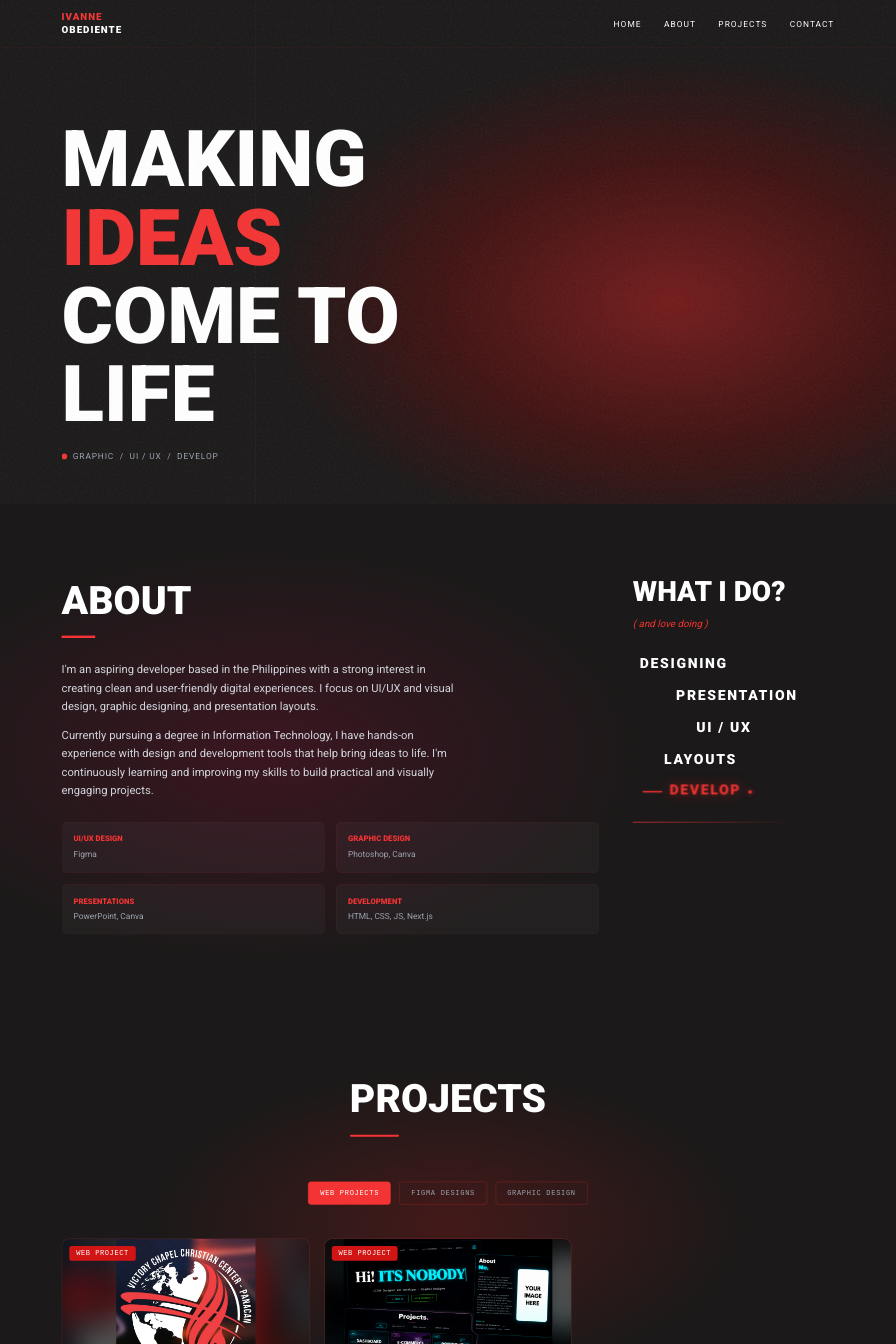
Repository: banbanny/my-portfolio
Page: /
The author's editor kept a copy of each file at every save. The page is drawn from the files as they stood at one save, then again after the next save.
The browser window is 1280 px wide. The pictures show the part of the page from y = 0 to 1920 px (the page is 4275 px tall), at 70% of full size.
The project was rebuilt for these pictures with package versions that can differ from the ones it lists, and the page was loaded fresh each time. The framework's server and built-in components were replaced by stand-ins that run in the browser. Also part of the build but not shown: next.config.js.

Above is the page before, as saved 2026-05-07 13:37:26.

### src/app/layout.tsx
import type { Metadata } from "next";
import "./globals.css";

export const metadata: Metadata = {
  title: "Ivanne Obediente | Portfolio",
  description:
    "Aspiring developer based in the Philippines — design, UI/UX, and visual storytelling.",
};

export default function RootLayout({
  children,
}: {
  children: React.ReactNode;
}) {
  return (
    <html lang="en">
      <body>{children}</body>
    </html>
  );
}

### src/app/page.tsx
import Navbar from "@/components/Navbar";
import Hero from "@/components/Hero";
import About from "@/components/About";
import Projects from "@/components/Projects";
import Certifications from "@/components/Certifications";
import TechStack from "@/components/TechStack";
import Footer from "@/components/Footer";

export default function Home() {
  return (
    <main style={{ background: "#1B1919" }}>
      <Navbar />
      <Hero />
      <About />
      <Projects />
      <Certifications />
      <TechStack />
      <Footer />
    </main>
  );
}

### src/app/globals.css
@import url("https://fonts.googleapis.com/css2?family=Roboto:wght@400;900&display=swap");
@tailwind base;
@tailwind components;
@tailwind utilities;

:root {
  --bg: #1b1919;
  --white: #ffffff;
  --red-primary: #f43434;
  --red-dark: #d22828;
  --red-bright: #ff3c00;
  --red-accent: #ff0033;
}

* {
  margin: 0;
  padding: 0;
  box-sizing: border-box;
}

html {
  scroll-behavior: smooth;
}

body {
  background-color: var(--bg);
  color: var(--white);
  font-family: "Roboto", sans-serif;
  font-weight: 400;
  overflow-x: hidden;
}

/* ─── Noise texture overlay ─── */
body::before {
  content: "";
  position: fixed;
  inset: 0;
  background-image: url("data:[embedded picture, 306 characters]");
  pointer-events: none;
  z-index: 9999;
  opacity: 10;
}

/* ─── Red glow blob (hero background) ─── */
.hero-glow {
  background: radial-gradient(
    ellipse 60% 55% at 80% 50%,
    rgba(210, 40, 40, 0.55) 0%,
    rgba(255, 60, 0, 0.25) 45%,
    transparent 75%
  );
}

/* ─── Section red glow (bottom sections) ─── */
.section-glow {
  background: radial-gradient(
    ellipse 70% 50% at 50% 100%,
    rgba(210, 40, 40, 0.3) 0%,
    transparent 70%
  );
}

/* ─── Typography utilities ─── */
.font-black-roboto {
  font-family: "Roboto", sans-serif;
  font-weight: 900;
}

.text-red {
  color: var(--red-primary);
}

/* ─── Divider line ─── */
.divider {
  height: 2px;
  background: var(--red-primary);
  width: 100%;
}

/* ─── Vertical label (ABOUT) ─── */
.vertical-label {
  writing-mode: vertical-rl;
  text-orientation: mixed;
  transform: rotate(180deg);
  letter-spacing: 0.3em;
  font-weight: 900;
  font-size: 1.1rem;
}

/* ─── Card white box ─── */
.card-white {
  background: #ffffff;
  color: #1b1919;
  border-radius: 4px;
}

/* ─── Navbar link hover ─── */
.nav-link {
  position: relative;
  font-size: 0.75rem;
  letter-spacing: 0.12em;
  text-transform: uppercase;
  transition: color 0.2s;
}
.nav-link::after {
  content: "";
  position: absolute;
  left: 0;
  bottom: -2px;
  width: 0;
  height: 1px;
  background: var(--red-primary);
  transition: width 0.25s;
}
.nav-link:hover {
  color: var(--red-primary);
}
.nav-link:hover::after {
  width: 100%;
}

/* ─── Tech stack / cert card hover ─── */
.stack-card {
  border: 1px solid rgba(244, 52, 52, 0.3);
  transition: border-color 0.2s, transform 0.2s;
}
.stack-card:hover {
  border-color: var(--red-primary);
  transform: translateY(-2px);
}

/* ─── Project card hover ─── */
.project-card {
  transition: transform 0.2s, box-shadow 0.2s;
}
.project-card:hover {
  transform: translateY(-4px);
  box-shadow: 0 8px 30px rgba(244, 52, 52, 0.25);
}

/* ─── Scroll fade-in animation ─── */
@keyframes fadeUp {
  from {
    opacity: 0;
    transform: translateY(24px);
  }
  to {
    opacity: 1;
    transform: translateY(0);
  }
}
.animate-fadeUp {
  animation: fadeUp 0.6s ease forwards;
}

### src/components/Navbar.tsx
"use client";

import { useState } from "react";

const links = [
  { label: "Home", href: "#home" },
  { label: "About", href: "#about" },
  { label: "Projects", href: "#projects" },
  { label: "Contact", href: "#contact" },
];

export default function Navbar() {
  const [menuOpen, setMenuOpen] = useState(false);

  return (
    <header
      className="fixed top-0 left-0 w-full z-50"
      style={{
        background:
          "linear-gradient(180deg, rgba(27,25,25,0.98) 0%, rgba(27,25,25,0.85) 100%)",
        backdropFilter: "blur(6px)",
        borderBottom: "1px solid rgba(244,52,52,0.1)",
      }}
    >
      <div className="max-w-6xl mx-auto px-6 py-4 flex items-center justify-between">
        {/* Logo / Name */}
        <div>

          <p
            className="font-black-roboto text-sm tracking-widest uppercase leading-tight"
            style={{ color: "#F43434" }}
          >
            Ivanne
          </p>
          <p className="font-black-roboto text-sm tracking-widest uppercase leading-tight text-white">
            Obediente
          </p>
        </div>

        {/* Desktop Nav */}
        <nav className="hidden md:flex items-center gap-8">
          {links.map((link) => (
            <a key={link.href} href={link.href} className="nav-link text-white">
              {link.label}
            </a>
          ))}
        </nav>

        {/* Mobile Hamburger */}
        <button
          className="md:hidden flex flex-col gap-1.5 p-2"
          onClick={() => setMenuOpen(!menuOpen)}
          aria-label="Toggle menu"
        >
          <span
            className="block w-6 h-0.5 bg-white transition-transform"
            style={menuOpen ? { transform: "rotate(45deg) translate(3px, 3px)" } : {}}
          />
          <span
            className="block w-6 h-0.5 bg-white transition-opacity"
            style={menuOpen ? { opacity: 0 } : {}}
          />
          <span
            className="block w-6 h-0.5 bg-white transition-transform"
            style={menuOpen ? { transform: "rotate(-45deg) translate(3px, -3px)" } : {}}
          />
        </button>
      </div>

      {/* Mobile Menu */}
      {menuOpen && (
        <div
          className="md:hidden px-6 pb-6 flex flex-col gap-5"
          style={{ background: "rgba(27,25,25,0.98)" }}
        >
          {links.map((link) => (
            <a
              key={link.href}
              href={link.href}
              className="nav-link text-white text-sm"
              onClick={() => setMenuOpen(false)}
            >
              {link.label}
            </a>
          ))}
        </div>
      )}
    </header>
  );
}

### src/components/Hero.tsx
"use client";
import Image from "next/image";
import { useEffect, useState } from "react";

export default function Hero() {
  const [mounted, setMounted] = useState(false);
  useEffect(() => { setMounted(true); }, []);

  return (
    <section id="home" className="relative overflow-hidden" style={{ background: "#1B1919", minHeight: "100vh" }}>
      <style>{`
        @keyframes fadeInUp { from { opacity:0; transform:translateY(40px); } to { opacity:1; transform:translateY(0); } }
        @keyframes fadeInRight { from { opacity:0; transform:translateX(60px); } to { opacity:1; transform:translateX(0); } }
        @keyframes fadeIn { from { opacity:0; } to { opacity:1; } }
        @keyframes glowPulse { 0%,100% { opacity:0.85; } 50% { opacity:1; } }
        .hero-glow   { animation: fadeIn 1.2s ease forwards, glowPulse 4s ease-in-out 1.2s infinite; }
        .hero-photo  { animation: fadeInRight 1s cubic-bezier(0.22,1,0.36,1) 0.2s both; }
        .hero-line-1 { animation: fadeInUp 0.7s cubic-bezier(0.22,1,0.36,1) 0.3s both; }
        .hero-line-2 { animation: fadeInUp 0.7s cubic-bezier(0.22,1,0.36,1) 0.45s both; }
        .hero-line-3 { animation: fadeInUp 0.7s cubic-bezier(0.22,1,0.36,1) 0.6s both; }
        .hero-line-4 { animation: fadeInUp 0.7s cubic-bezier(0.22,1,0.36,1) 0.75s both; }
        .hero-tags   { animation: fadeInUp 0.7s cubic-bezier(0.22,1,0.36,1) 0.95s both; }
      `}</style>

      {/* Red radial glow */}
      <div className="absolute inset-0 pointer-events-none hero-glow"
        style={{ background: "radial-gradient(ellipse 65% 70% at 75% 60%, rgba(143,29,29,0.81) 0%, rgba(124,9,9,0.4) 40%, transparent 70%)", opacity: mounted ? undefined : 0 }}
        aria-hidden="true" />

      {/* PHOTO — hidden on mobile, visible md+ */}
      <div className="hidden md:block absolute bottom-0 right-0 md:right-[8%] hero-photo"
        style={{ width: "clamp(280px, 35vw, 420px)", height: "85vh", zIndex: 1, opacity: mounted ? undefined : 0 }}>
        <Image src="/hero.png" fill alt="Ivanne Obediente" className="object-cover object-top" priority />
        <div className="absolute inset-0" style={{ background: "linear-gradient(to bottom, transparent 90%, #1B1919 100%)" }} />
      </div>

      {/* CONTENT */}
      <div className="relative max-w-6xl mx-auto px-6 w-full flex flex-col justify-center" style={{ minHeight: "100vh", zIndex: 2 }}>
        <div className="max-w-lg pt-24 md:pt-28">
          <h1 className="font-black-roboto uppercase leading-none" style={{ fontSize: "clamp(3rem, 10vw, 7rem)" }}>
            <span className="text-white block hero-line-1" style={{ opacity: mounted ? undefined : 0 }}>MAKING</span>
            <span className="block hero-line-2" style={{ color: "#F43434", opacity: mounted ? undefined : 0 }}>IDEAS</span>
            <span className="text-white block hero-line-3" style={{ opacity: mounted ? undefined : 0 }}>COME TO</span>
            <span className="text-white block hero-line-4" style={{ opacity: mounted ? undefined : 0 }}>LIFE</span>
          </h1>
          <div className="flex flex-wrap items-center gap-2 mt-6 text-xs text-gray-400 tracking-widest uppercase hero-tags"
            style={{ opacity: mounted ? undefined : 0 }}>
            <span className="inline-block w-2 h-2 rounded-full" style={{ background: "#f43434" }} />
            <span>Graphic</span><span>/</span><span>UI / UX</span><span>/</span><span>Develop</span>
          </div>
        </div>
      </div>
    </section>
  );
}

### src/components/TechStack.tsx
'use client'

import { useEffect, useRef, useState } from "react";

const techStacks = [
  { name: "HTML5",        icon: "https://cdn.jsdelivr.net/gh/devicons/devicon/icons/html5/html5-original.svg" },
  { name: "CSS3",         icon: "https://cdn.jsdelivr.net/gh/devicons/devicon/icons/css3/css3-original.svg" },
  { name: "JavaScript",   icon: "https://cdn.jsdelivr.net/gh/devicons/devicon/icons/javascript/javascript-original.svg" },
  { name: "TypeScript",   icon: "https://cdn.jsdelivr.net/gh/devicons/devicon/icons/typescript/typescript-original.svg" },
  { name: "React",        icon: "https://cdn.jsdelivr.net/gh/devicons/devicon/icons/react/react-original.svg" },
  { name: "Next.js",      icon: "https://cdn.jsdelivr.net/gh/devicons/devicon/icons/nextjs/nextjs-original.svg" },
  { name: "Tailwind CSS", icon: "https://cdn.jsdelivr.net/gh/devicons/devicon/icons/tailwindcss/tailwindcss-original.svg" },
  { name: "Figma",        icon: "https://cdn.jsdelivr.net/gh/devicons/devicon/icons/figma/figma-original.svg" },
];

const devTools = [
  { name: "VS Code",   icon: "https://cdn.jsdelivr.net/gh/devicons/devicon/icons/vscode/vscode-original.svg" },
  { name: "Git",       icon: "https://cdn.jsdelivr.net/gh/devicons/devicon/icons/git/git-original.svg" },
  { name: "GitHub",    icon: "https://cdn.jsdelivr.net/gh/devicons/devicon/icons/github/github-original.svg" },
  { name: "Photoshop", icon: "https://cdn.jsdelivr.net/gh/devicons/devicon/icons/photoshop/photoshop-original.svg" },
  { name: "Canva",     icon: "https://cdn.jsdelivr.net/gh/devicons/devicon/icons/canva/canva-original.svg" },
  { name: "Notion",    icon: "https://cdn.jsdelivr.net/gh/devicons/devicon/icons/notion/notion-original.svg" },
  { name: "Vercel",    icon: "https://cdn.jsdelivr.net/gh/devicons/devicon/icons/vercel/vercel-original.svg" },
];

function TechItem({
  name,
  icon,
  delay,
  visible,
}: {
  name: string;
  icon: string;
  delay: number;
  visible: boolean;
}) {
  const [hovered, setHovered] = useState(false);

  return (
    <div
      className="flex flex-col items-center justify-center rounded-lg border cursor-default aspect-square"
      style={{
        padding: "20px 12px",
        borderColor: hovered ? "rgba(244,52,52,0.4)" : "rgba(244,52,52,0.15)",
        background: hovered ? "rgba(244,52,52,0.06)" : "rgba(255,255,255,0.03)",
        transform: visible
          ? hovered
            ? "translateY(-4px) scale(1.05)"
            : "translateY(0) scale(1)"
          : "translateY(30px) rotate(-15deg) scale(0.7)",
        opacity: visible ? 1 : 0,
        transition: visible
          ? `transform 0.55s cubic-bezier(0.34,1.56,0.64,1) ${delay}ms, opacity 0.45s ease ${delay}ms, background 0.2s, border-color 0.2s`
          : "none",
      }}
      onMouseEnter={() => setHovered(true)}
      onMouseLeave={() => setHovered(false)}
    >
      <img
        src={icon}
        alt={name}
        style={{
          width: "40px",
          height: "40px",
          objectFit: "contain",
          transform: hovered ? "rotate(10deg) scale(1.1)" : "rotate(0deg) scale(1)",
          transition: "transform 0.3s cubic-bezier(0.34,1.56,0.64,1)",
        }}
      />
      <span
        style={{
          fontFamily: "monospace",
          fontSize: "10px",
          color: hovered ? "#e5e7eb" : "#6b7280",
          textAlign: "center",
          letterSpacing: "0.05em",
          lineHeight: "1.3",
          marginTop: "8px",
          transition: "color 0.2s",
        }}
      >
        {name}
      </span>
    </div>
  );
}

function TechGrid({
  items,
  label,
  startDelay,
}: {
  items: { name: string; icon: string }[];
  label: string;
  startDelay: number;
}) {
  const ref = useRef<HTMLDivElement>(null);
  const [visible, setVisible] = useState(false);

  useEffect(() => {
    const observer = new IntersectionObserver(
      ([entry]) => {
        if (entry.isIntersecting) {
          setVisible(true);
          observer.disconnect();
        }
      },
      { threshold: 0.15 }
    );
    if (ref.current) observer.observe(ref.current);
    return () => observer.disconnect();
  }, []);

  return (
    <div ref={ref} className="text-center">
      <p className="font-black-roboto uppercase tracking-widest text-gray-500 text-xs mb-6">
        {label}
      </p>
      <div
        className="grid justify-center gap-5 sm:gap-6 md:gap-8"
        style={{
          gridTemplateColumns: "repeat(auto-fit, minmax(90px, 1fr))",
          maxWidth: "700px",
          margin: "0 auto",
        }}
      >
        {items.map((item, i) => (
          <TechItem
            key={item.name}
            {...item}
            delay={startDelay + i * 60}
            visible={visible}
          />
        ))}
      </div>
    </div>
  );
}

export default function TechStack() {
  return (
    <section
      id="techstack"
      className="relative py-24 overflow-hidden"
      style={{ background: "#1B1919" }}
    >
      <style>{`
        @keyframes sectionFadeUp {
          from { opacity: 0; transform: translateY(24px); }
          to   { opacity: 1; transform: translateY(0); }
        }
        .tech-heading { animation: sectionFadeUp 0.7s ease both; }
      `}</style>

      {/* Glow */}
      <div
        className="absolute pointer-events-none"
        style={{
          top: "50%",
          left: "50%",
          transform: "translate(-50%, -50%)",
          width: "100%",
          height: "100%",
          background:
            "radial-gradient(ellipse 60% 50% at 50% 50%, rgba(210,40,40,0.15) 0%, transparent 75%)",
        }}
        aria-hidden="true"
      />

      <div className="relative max-w-6xl mx-auto px-6">

        {/* Heading */}
        <div className="text-center mb-16 tech-heading">
          <div style={{ display: "inline-block" }}>
            <h2 className="font-black-roboto text-4xl md:text-5xl uppercase">
              <span className="text-white">TECH </span>
              <span style={{ color: "#F43434" }}>STACKS</span>
            </h2>
            <div style={{ width: "20%", height: "3px", background: "#F43434", marginTop: "10px", borderRadius: "2px" }} />
          </div>
        </div>

        {/* Tech Stacks grid */}
        <div className="mb-16">
          <TechGrid items={techStacks} label="TECH STACKS" startDelay={0} />
        </div>

        {/* Divider */}
        <div className="w-full h-px mb-12" style={{ background: "rgba(244,52,52,0.15)" }} />

        {/* Dev Tools grid */}
        <TechGrid items={devTools} label="DEVELOPMENT TOOLS" startDelay={100} />

      </div>
    </section>
  );
}

### tailwind.config.ts
import type { Config } from "tailwindcss";

const config: Config = {
  content: [
    "./src/pages/**/*.{js,ts,jsx,tsx,mdx}",
    "./src/components/**/*.{js,ts,jsx,tsx,mdx}",
    "./src/app/**/*.{js,ts,jsx,tsx,mdx}",
  ],
  theme: {
    extend: {
      colors: {
        background: "#1B1919",
        red: {
          primary: "#F43434",
          dark: "#D22828",
          bright: "#FF3C00",
          accent: "#FF0033",
        },
      },
      fontFamily: {
        roboto: ["Roboto", "sans-serif"],
      },
    },
  },
  plugins: [],
};
export default config;

Loaded but not shown: src/components/Projects.tsx (162 lines, source omitted); src/components/Certifications.tsx (147 lines, source omitted); src/components/About.tsx (122 lines, source omitted); src/components/Footer.tsx (100 lines, source omitted)

After the next save:
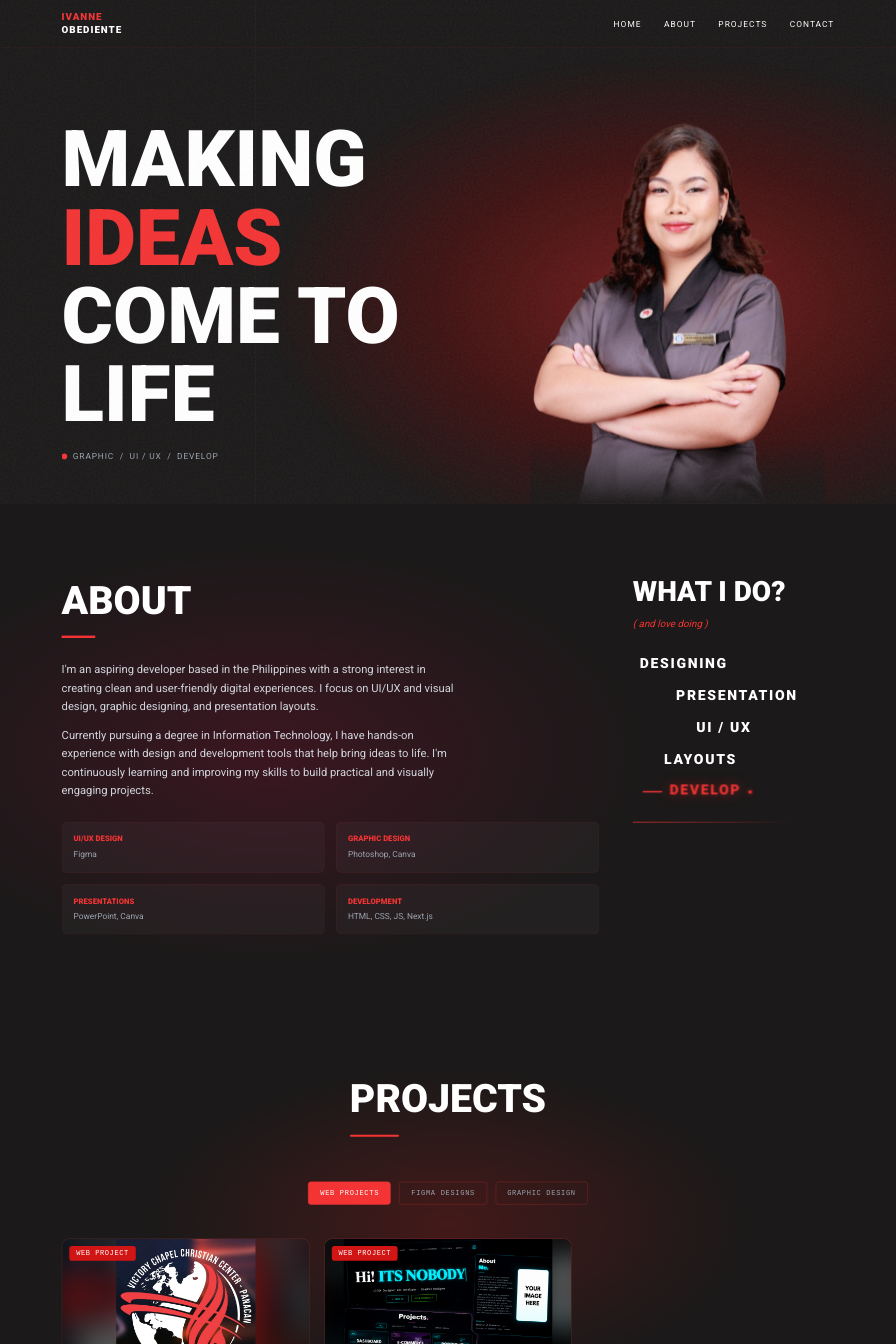
Saved 16 min 26 s later.
--- a/src/components/Hero.tsx
+++ b/src/components/Hero.tsx
@@ -27,11 +27,28 @@ export default function Hero() {
         style={{ background: "radial-gradient(ellipse 65% 70% at 75% 60%, rgba(143,29,29,0.81) 0%, rgba(124,9,9,0.4) 40%, transparent 70%)", opacity: mounted ? undefined : 0 }}
         aria-hidden="true" />
 
-      {/* PHOTO — hidden on mobile, visible md+ */}
-      <div className="hidden md:block absolute bottom-0 right-0 md:right-[8%] hero-photo"
-        style={{ width: "clamp(280px, 35vw, 420px)", height: "85vh", zIndex: 1, opacity: mounted ? undefined : 0 }}>
+      {/* PHOTO — visible on all screens */}
+      <div
+        className="absolute bottom-0 right-0 md:right-[8%] hero-photo"
+        style={{
+          width: "clamp(180px, 55vw, 420px)",
+          height: "85vh",
+          zIndex: 1,
+          opacity: mounted ? undefined : 0,
+        }}
+      >
         <Image src="/hero.png" fill alt="Ivanne Obediente" className="object-cover object-top" priority />
-        <div className="absolute inset-0" style={{ background: "linear-gradient(to bottom, transparent 90%, #1B1919 100%)" }} />
+
+        {/* Mobile: strong left gradient so text stays readable */}
+        <div
+          className="absolute inset-0 md:hidden"
+          style={{ background: "linear-gradient(to right, #1B1919 35%, transparent 100%)" }}
+        />
+        {/* Bottom fade on all screens */}
+        <div
+          className="absolute inset-0"
+          style={{ background: "linear-gradient(to bottom, transparent 85%, #1B1919 100%)" }}
+        />
       </div>
 
       {/* CONTENT */}
@@ -43,8 +60,10 @@ export default function Hero() {
             <span className="text-white block hero-line-3" style={{ opacity: mounted ? undefined : 0 }}>COME TO</span>
             <span className="text-white block hero-line-4" style={{ opacity: mounted ? undefined : 0 }}>LIFE</span>
           </h1>
-          <div className="flex flex-wrap items-center gap-2 mt-6 text-xs text-gray-400 tracking-widest uppercase hero-tags"
-            style={{ opacity: mounted ? undefined : 0 }}>
+          <div
+            className="flex flex-wrap items-center gap-2 mt-6 text-xs text-gray-400 tracking-widest uppercase hero-tags"
+            style={{ opacity: mounted ? undefined : 0 }}
+          >
             <span className="inline-block w-2 h-2 rounded-full" style={{ background: "#f43434" }} />
             <span>Graphic</span><span>/</span><span>UI / UX</span><span>/</span><span>Develop</span>
           </div>
